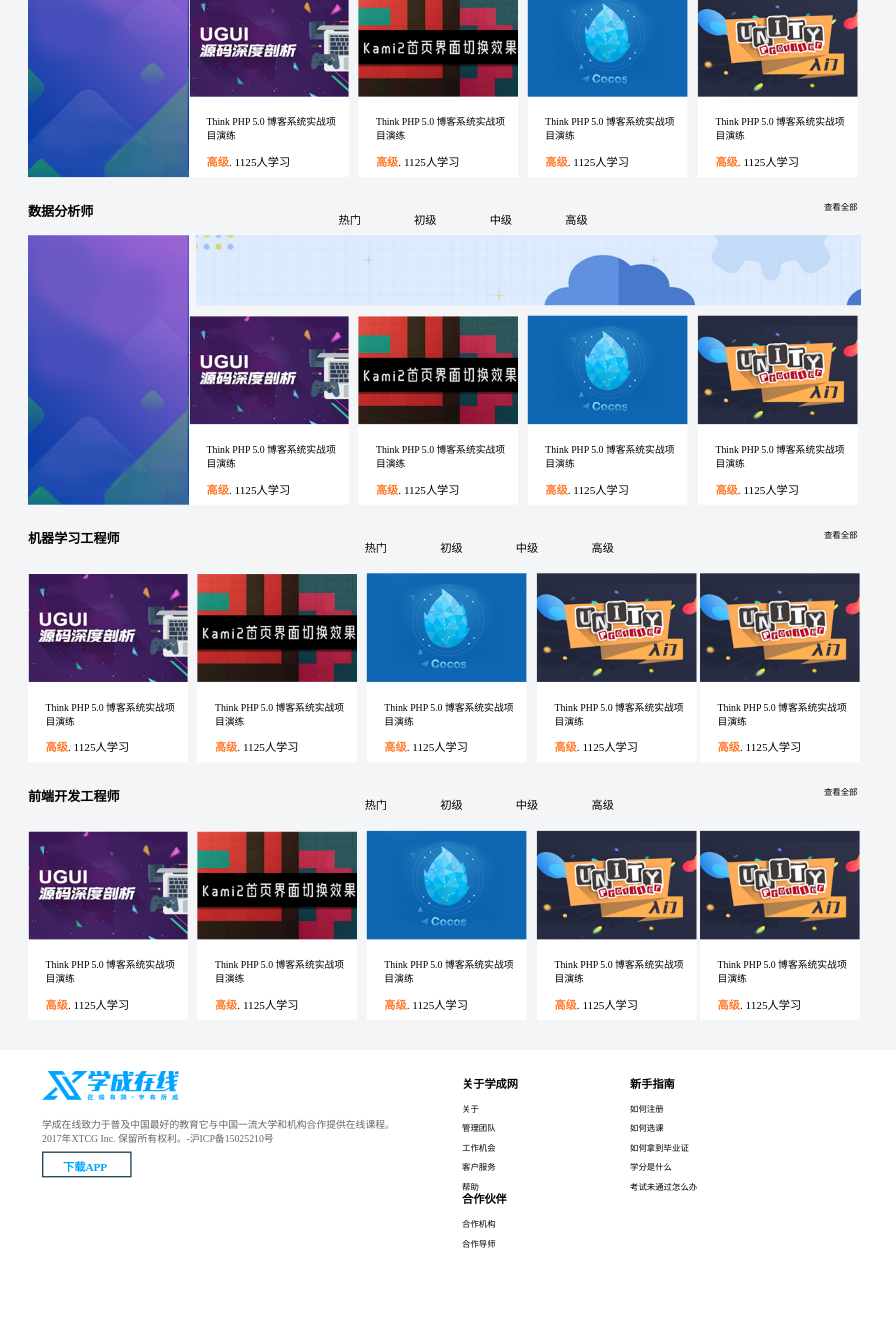
Repository: try-18/web-page-1
Page: index.html
The author's editor kept a copy of each file at every save. The page is drawn from the files as they stood at one save, then again after the next save.
The browser window is 1280 px wide. The pictures show the part of the page from y = 1420 to 3340 px (the page is 3340 px tall), at 70% of full size.

Above is the page before, as saved 2021-11-02 11:53:22.

After the next save:
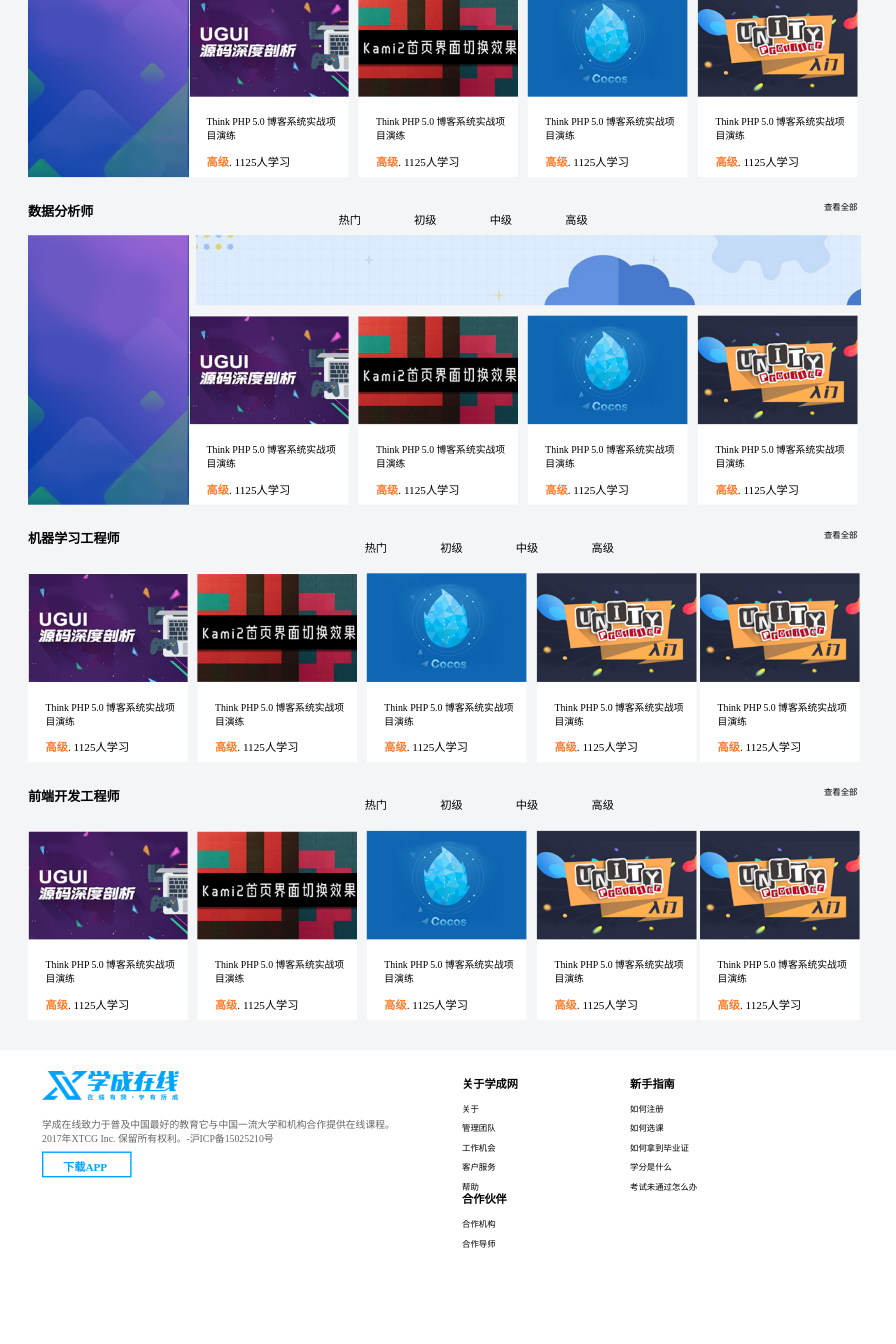
Saved 14 s later.
--- a/index.css
+++ b/index.css
@@ -574,7 +574,7 @@
     height: 16px;
     padding: 7px 30px 10px 28px;
     margin-left: 20px;
-    border: 2px solid #2b4b5c;
+    border: 2px solid #00a4ff;
 }
 
 .lastcenterleftbottom h4 {
@@ -621,5 +621,5 @@
 }
 
 .left li a:hover {
-    color: ;
-}
+    color: #00a4ff;
+}
